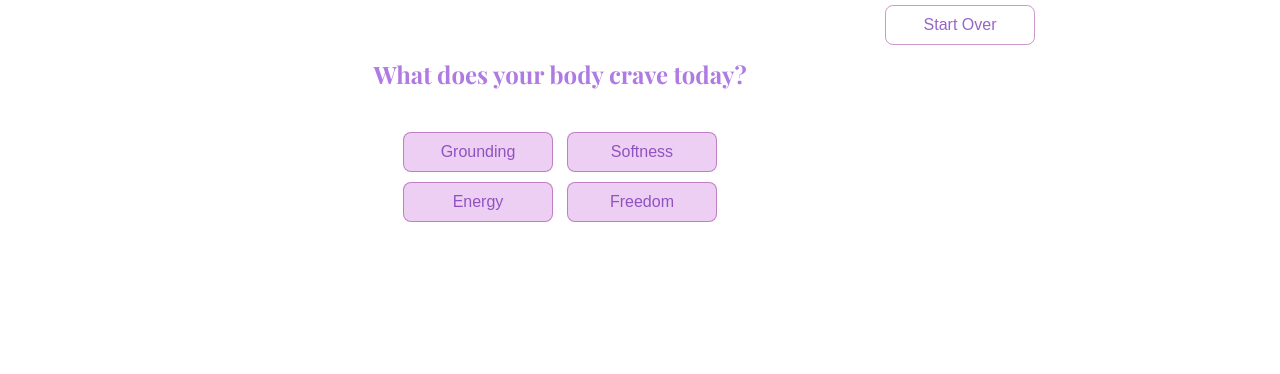
Repository: karim0829/Bella-Oter-Project
Page: index.html
The author's editor kept a copy of each file at every save. The page is drawn from the files as they stood at one save, then again after the next save.
The browser window is 1280 px wide. The pictures show the whole page.
Some web fonts or font styles are not loaded; a fallback is used.

Above is the page before, as saved 2025-06-30 21:01:11.

After the next save:
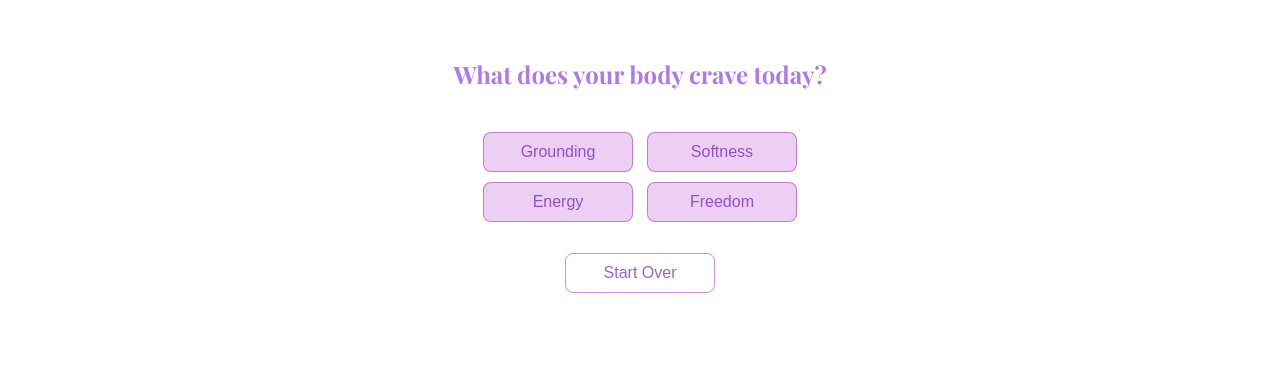
Not found: images/bodysuit.webp
Saved 18 s later.
--- a/index.html
+++ b/index.html
@@ -37,11 +37,9 @@
         <button type = 'submit' id = 'freedom' name='freedom'>Freedom</button>
     </form>
     <br>
+     <button type = 'submit' id = 'start-over' name='start-over'>Start Over</button>
     </header>
-
     <!--Content-->
-     <button type = 'submit' id = 'start-over' name='start-over'>Start Over</button>
-
 <section>
     <br>
     <div class="wrap">
@@ -66,7 +64,7 @@
     <h1>The Sparked</h1>
     <button type = 'button'>Active Mesh Blend</button><br><br>
 
-    <button class="block" type = 'submit'></button>
+    <img src = "images/bodysuit.webp" style = "width:150px;">
     <h2>Ignite Leggings</h2>
     <p><em>Designed to move with power, precision, and pulse.</em></p>
 
@@ -76,7 +74,7 @@
     <h1>The Aligned Mind</h1>
     <button type = 'button'>Cooling Mesh</button><br><br>
 
-    <button class="block" type = 'submit'></button>
+    <img src = "images/bodysuit.webp" style = "width:150px;">
     <h2>Focus Bralette</h2>
     <p><em>Crafted to support clarity, presence, and breath.</em></p>
 

After the 2 saves that followed:
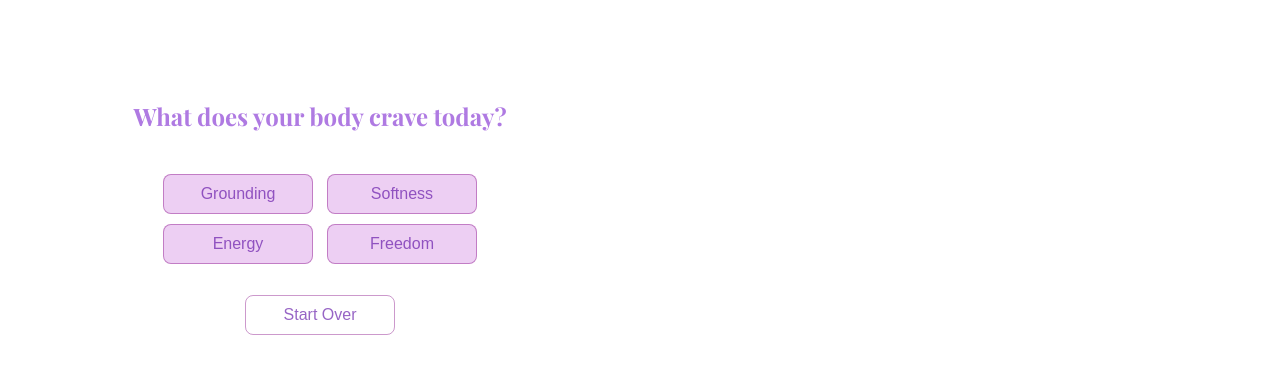
The 2 saves are shown as one change because 1 left the picture as it was.
The last was saved 48 s later.
--- a/index.html
+++ b/index.html
@@ -64,7 +64,7 @@
     <h1>The Sparked</h1>
     <button type = 'button'>Active Mesh Blend</button><br><br>
 
-    <img src = "images/bodysuit.webp" style = "width:150px;">
+    <button class="block" type = 'submit'></button>
     <h2>Ignite Leggings</h2>
     <p><em>Designed to move with power, precision, and pulse.</em></p>
 
@@ -74,7 +74,7 @@
     <h1>The Aligned Mind</h1>
     <button type = 'button'>Cooling Mesh</button><br><br>
 
-    <img src = "images/bodysuit.webp" style = "width:150px;">
+    <button class="block" type = 'submit'></button>
     <h2>Focus Bralette</h2>
     <p><em>Crafted to support clarity, presence, and breath.</em></p>
 
--- a/style.css
+++ b/style.css
@@ -59,10 +59,7 @@ form h1 {
 
 }
 
-.flex {
-  display: flex;
-  justify-content: center;
-}
+
 
 @media (min-width: 768px) {
   .flex {
